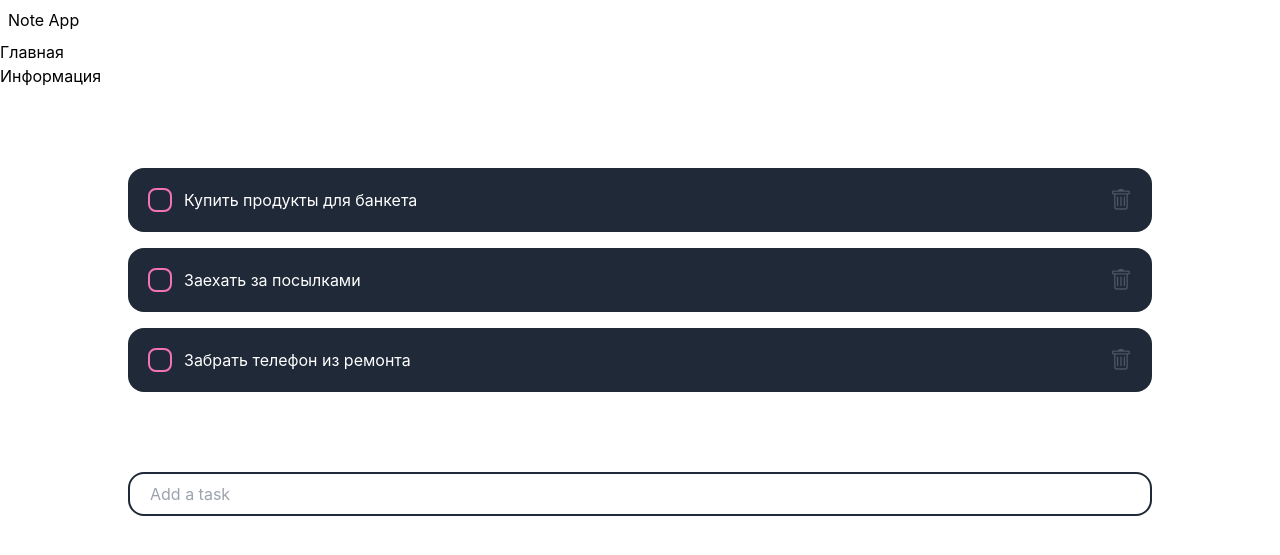
Repository: VachArt/react-exam-work
Page: /
These files come from the project's save history. The page is drawn as it stood at one moment and after the next save; the edit follows.
The browser window is 1280 px wide. The pictures show the whole page.
The project was rebuilt for these pictures with package versions that can differ from the ones it lists, and the page was loaded fresh each time. Also part of the build but not shown: src/components/pages/About/About.jsx.

Above is the page before, as saved 2022-04-27 23:20:14.

### src/App.jsx
import React from 'react'
import {BrowserRouter, Route, Routes} from 'react-router-dom'
import { Navbar } from './components/pages/Home/Navbar'
import { Home } from './components/pages/Home/Home'
import { About } from './components/pages/About/About'





function App() {
    return (
            <BrowserRouter>
                <Navbar />
                    <div className='container pt-4'>
                        <Routes>
                            <Route path='/' exact element={<Home />} />
                            <Route path='/about' element={<About />} />
                        </Routes>
                    </div>
            </BrowserRouter>
    )
}

export default App;

### src/components/pages/Home/Navbar.jsx
import React from 'react'
import {NavLink} from 'react-router-dom'

export const Navbar = () => (
    <nav className=''>
        <div className='navbar-brand p-2'>
            Note App
        </div>
        <ul className="navbar-nav">
            <li className="nav-item">
                <NavLink
                    className="nav-link"
                    to="/"
                    exact
                >
                    Главная
                </NavLink>
            </li>
            <li className="nav-item">
                <NavLink
                    className="nav-link"
                    to="/about"
                >
                    Информация
                </NavLink>
            </li>
        </ul>
    </nav>
)

### src/components/pages/Home/Home.jsx
import React, { useState } from 'react'
import TodoItem from './item/TodoItem'
import CreateTodoField from './create-todo-field/CreateTodoField'

export const data = [
    {
        _id: "efnejhj",
        title: "Купить продукты для банкета",
        isCompleted: false,
    },
    {
        _id: "efnejhrrrr",
        title: "Заехать за посылками",
        isCompleted: false,
    },
    {
        _id: "efnejhj2323",
        title: "Забрать телефон из ремонта",
        isCompleted: false,
    }
]

export const Home = () => {
    const [todos, setTodos] = useState(data)

    const changeTodo = (id) => {
        const copy = [...todos]
        const current = copy.find(t => t._id === id)
        current.isCompleted = !current.isCompleted
        setTodos(copy)
    }

    const removeTodo = id => setTodos([...todos].filter(t => t._id !== id))

    return (
        <div className='text-white w-4/5 mx-auto'>
            <h1 className='text-2xl font-bold text-center mb-8'>Заметки/Задачи</h1>
            {todos.map(todo => (
                <TodoItem
                    key={todo._id}
                    todo={todo}
                    changeTodo={changeTodo}
                    removeTodo={removeTodo}
                />
            ))}
            <CreateTodoField setTodos={setTodos} />
        </div>
    )
}

### src/components/pages/Home/item/TodoItem.jsx
import React from 'react'
import Check from './Check'
import cn from 'classnames'
import {BsTrash} from 'react-icons/bs'

const TodoItem = ({todo, changeTodo, removeTodo}) => {
    return (
        <div className='flex items-center justify-between mb-4 rounded-2xl bg-gray-800 p-5 w-full'>
            <button className='flex items-center'
                    onClick={() => changeTodo(todo._id)}
            >
                    <Check isCompleted={todo.isCompleted} />
                    <span
                        className={cn({
                            'line-through': todo.isCompleted,
                        })}
                    >
                        {todo.title}
                    </span>
            </button>
            <button onClick={() => removeTodo(todo._id)}>
                <BsTrash
                    size={22}
                    className='text-gray-600 hover:text-red-600
                    transition-colors ease-in-out duration-300'
                />
            </button>
        </div>
    )
}



export default TodoItem

### src/components/pages/Home/create-todo-field/CreateTodoField.jsx
import React, { useState } from "react"

const CreateTodoField = ({ setTodos }) => {
    const [title, setTitle] = useState('')

    const addTodo = (title) => {
        setTodos(prev => [
            {
                _id: new Date(),
                title,
                isCompleted: false
            },
            ...prev,
        ])
        setTitle('')
    }

    return (
        <div className='flex items-center justify-between mb-4 rounded-2xl
            border-gray-800 border-2 px-5 py-2 mt-20 w-full'
        >
            <input
                type='text'
                onChange={e => setTitle(e.target.value)}
                value={title}
                onKeyPress={e => e.key === 'Enter' && addTodo(title)}
                className='bg-transparent w-full border-none outline-none'
                placeholder='Add a task'
            />
        </div>
    )
}

export default CreateTodoField

### src/components/pages/Home/item/Check.jsx
import React from 'react'
import {BsCheck} from 'react-icons/bs'
import cn from 'classnames'

const Check = ({isCompleted}) => {
    return (
        <div className={cn(`border-2 rounded-lg border-pink-400 w-6 h-6 mr-3 flex items-center justify-center`,
                {
                    'bg-pink-400': isCompleted,
                }
            )}
        >
            {isCompleted && <BsCheck size={24}
            className='text-gray-900'/>}
        </div>
    )
}

export default Check

Loaded but not shown: public/index.html (common file); src/index.jsx (common file); src/index.css (common file); tailwind.config.js (common file)

After the next save:
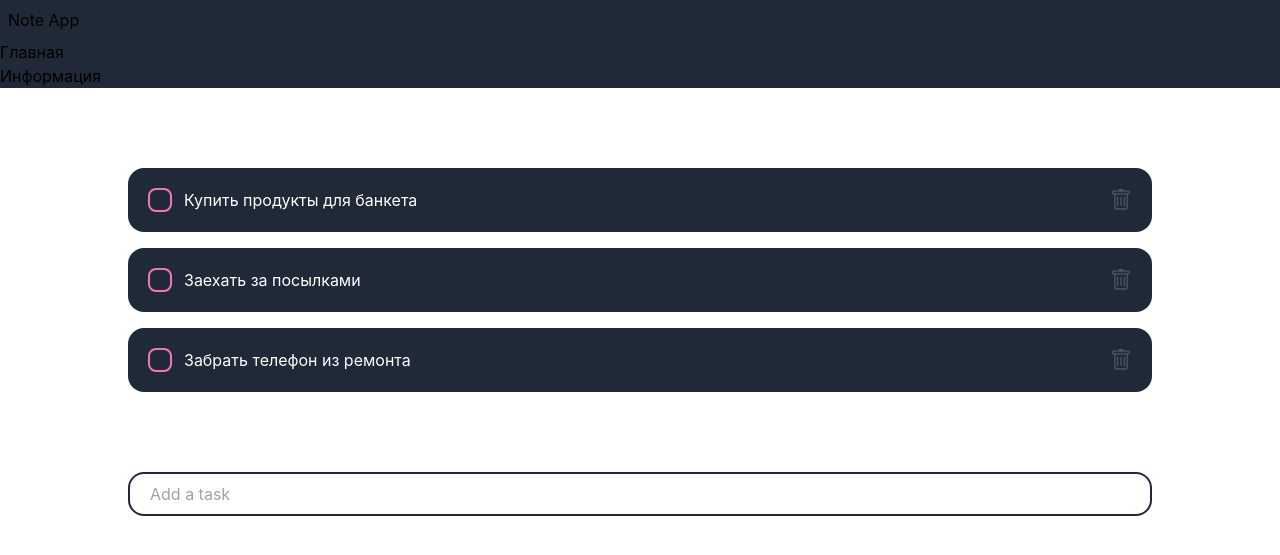
Saved 2 min 40 s later.
--- a/src/components/pages/Home/Navbar.jsx
+++ b/src/components/pages/Home/Navbar.jsx
@@ -2,7 +2,7 @@ import React from 'react'
 import {NavLink} from 'react-router-dom'
 
 export const Navbar = () => (
-    <nav className=''>
+    <nav className='bg-gray-800'>
         <div className='navbar-brand p-2'>
             Note App
         </div>
